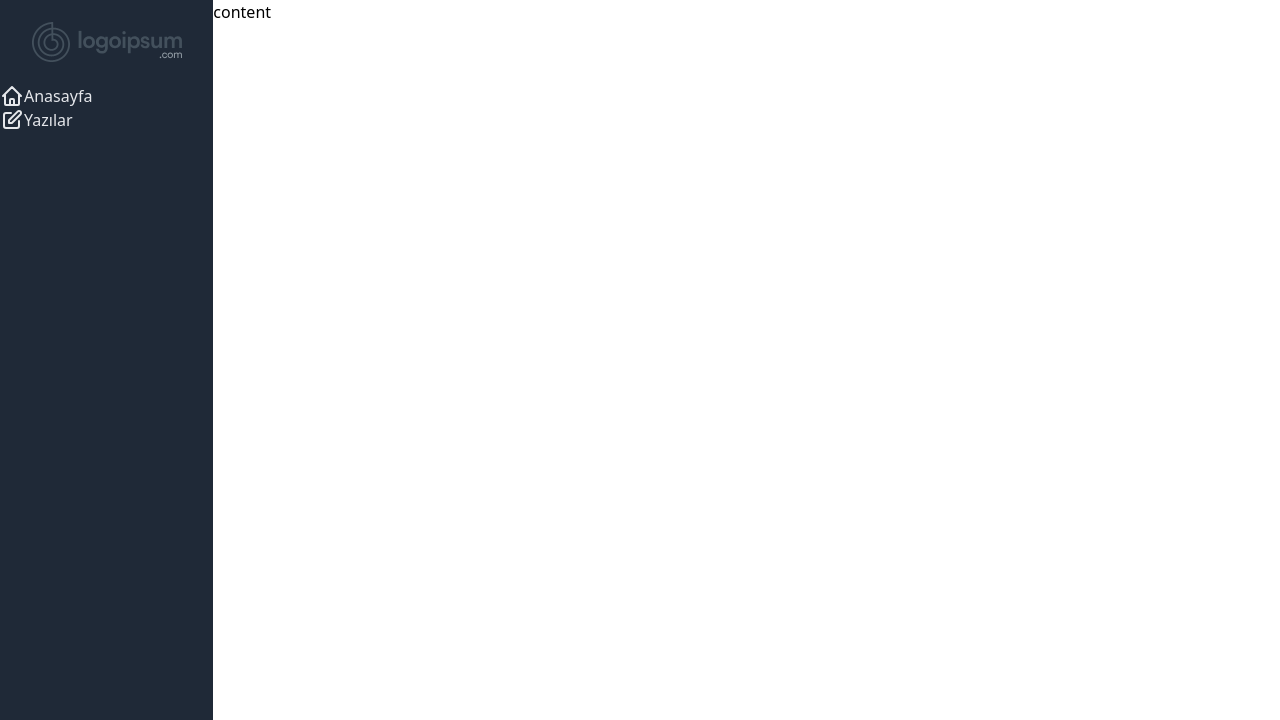
Repository: daskafa/Lavue-ui
Page: /admin
An editor plug-in stored every save of this project. The page is shown before and after the next save, followed by the edit.
The browser window is 1280 px wide. The pictures show the whole page.
The project was rebuilt for these pictures with package versions that can differ from the ones it lists, and the page was loaded fresh each time. Also part of the build but not shown: src/views/Homepage.vue.

Above is the page before, as saved 2022-02-21 23:18:13.

After the next save:
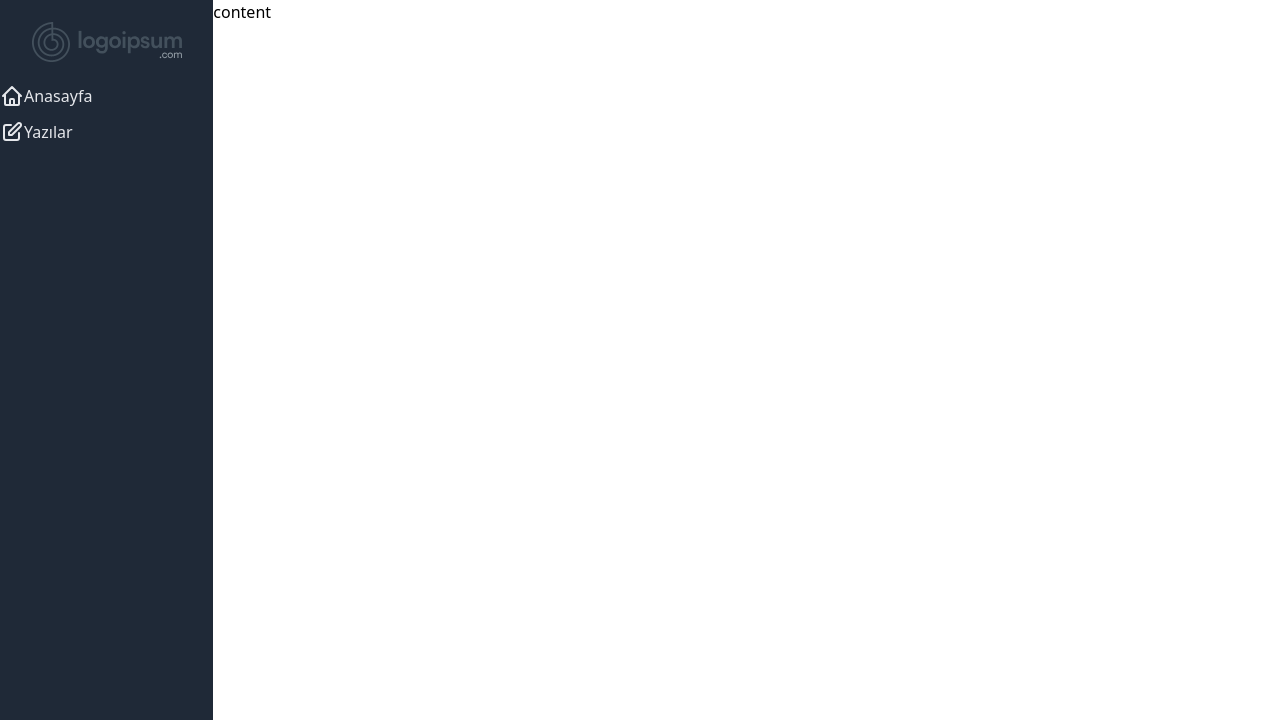
Saved 15 s later.
--- a/src/components/Sidebar.vue
+++ b/src/components/Sidebar.vue
@@ -10,7 +10,7 @@
                     <svg xmlns="http://www.w3.org/2000/svg" class="h-6 w-6" fill="none" viewBox="0 0 24 24" stroke="currentColor"><path stroke-linecap="round" stroke-linejoin="round" stroke-width="2" d="M3 12l2-2m0 0l7-7 7 7M5 10v10a1 1 0 001 1h3m10-11l2 2m-2-2v10a1 1 0 01-1 1h-3m-6 0a1 1 0 001-1v-4a1 1 0 011-1h2a1 1 0 011 1v4a1 1 0 001 1m-6 0h6" /></svg>
                     <span>Anasayfa</span>
                 </li>
-                <li>
+                <li class="mt-3">
                     <svg xmlns="http://www.w3.org/2000/svg" class="h-6 w-6" fill="none" viewBox="0 0 24 24" stroke="currentColor"><path stroke-linecap="round" stroke-linejoin="round" stroke-width="2" d="M11 5H6a2 2 0 00-2 2v11a2 2 0 002 2h11a2 2 0 002-2v-5m-1.414-9.414a2 2 0 112.828 2.828L11.828 15H9v-2.828l8.586-8.586z" /></svg>
                     <span>Yazılar</span>
                 </li>
